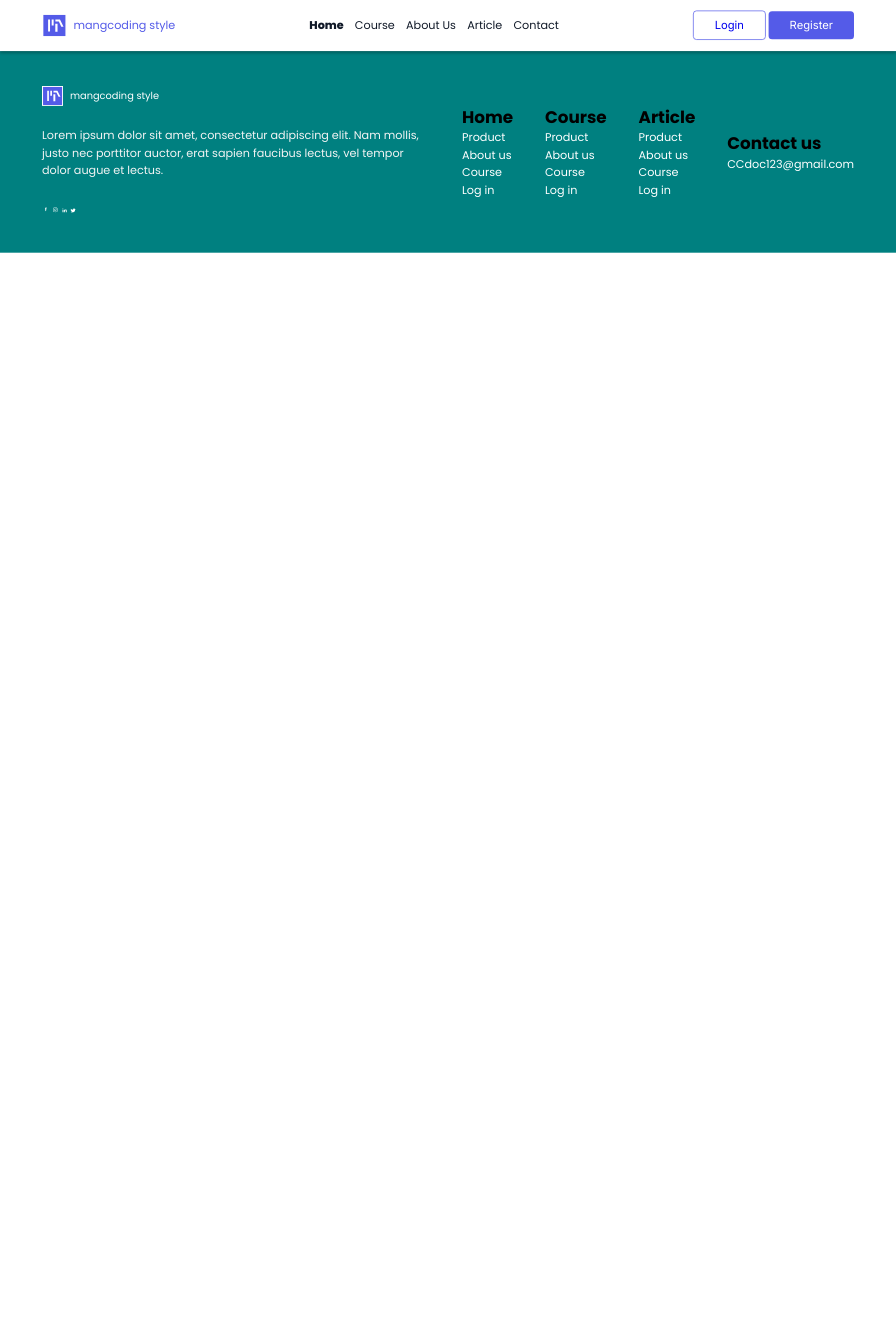
Repository: Dania-Alqam/landing-page
Page: index.html
These files come from the project's save history. The page is drawn as it stood at one moment and after a run of saves; the edit follows.
The browser window is 1280 px wide. The pictures show the part of the page from y = 0 to 1920 px (the page is 5000 px tall), at 70% of full size.

Above is the page before, as saved 2024-06-22 00:00:36.

### index.html
<!DOCTYPE html>
<html lang="en">
  <head>
    <meta charset="UTF-8" />
    <meta name="viewport" content="width=device-width, initial-scale=1.0" />
    <title>Document</title>
    <link rel="stylesheet" href="./assests/css/main.css" />
  </head>
  <body>
    <header class="header">
      <div class="container">
        <div class="row">
          <div class="logo">
            <img src="./assests/images/public/Logo.svg" alt="logo" />
            <a href="#">mangcoding style</a>
          </div>
          <nav class="nav">
            <ul>
              <li>
                <a href="#" class="active">Home</a>
              </li>
              <li>
                <a href="#">Course</a>
              </li>
              <li>
                <a href="#">About Us</a>
              </li>
              <li>
                <a href="#">Article</a>
              </li>
              <li>
                <a href="#">Contact</a>
              </li>
            </ul>
          </nav>
          <div class="auth">
            <a href="#">Login</a>
            <a href="#">Register</a>
          </div>
        </div>
      </div>
    </header>

    <footer class="footer">
      <div class="container">
        <div class="row">
          <div class="footer-start">
            <div class="logo">
              <img src="./assests/images/public/Logo.svg" alt="logo" />
              <a href="#">mangcoding style</a>
            </div>
            <p>
              Lorem ipsum dolor sit amet, consectetur adipiscing elit. Nam
              mollis, justo nec porttitor auctor, erat sapien faucibus lectus,
              vel tempor dolor augue et lectus.
            </p>
            <div class="icons">
              <a href="#"><img src="./assests/images/public/facebok.svg" /></a>
              <a href="#"
                ><img src="./assests/images/public/instagram.svg"
              /></a>
              <a href="#"><img src="./assests/images/public/linkedin.svg" /></a>
              <a href="#"><img src="./assests/images/public/twitter.svg" /></a>
            </div>
          </div>
          <div class="footer-end">
            <div class="row">
              <div class="footer-item">
                <h2>
                    Home
                </h2>
                <ul>
                    <li>
                        <a href="#">Product</a>
                    </li>
                    <li>
                        <a href="#">About us</a>
                    </li>
                    <li>
                        <a href="#">Course</a>
                    </li>
                    <li>
                        <a href="#">Log in</a>
                    </li>
                </ul>
              </div>
              <div class="footer-item">
                <h2>
                    Course
                </h2>
                <ul>
                    <li>
                        <a href="#">Product</a>
                    </li>
                    <li>
                        <a href="#">About us</a>
                    </li>
                    <li>
                        <a href="#">Course</a>
                    </li>
                    <li>
                        <a href="#">Log in</a>
                    </li>
                </ul>
              </div>
              <div class="footer-item">
                <h2>
                    Article
                </h2>
                <ul>
                    <li>
                        <a href="#">Product</a>
                    </li>
                    <li>
                        <a href="#">About us</a>
                    </li>
                    <li>
                        <a href="#">Course</a>
                    </li>
                    <li>
                        <a href="#">Log in</a>
                    </li>
                </ul>
              </div>
              <div class="footer-item">
                <h2>
                    Contact us
                </h2>
                <ul>
                    <li>
                        <a href="#">CCdoc123@gmail.com</a>
                    </li>

              </div>
            </div>
          </div>
        </div>
      </div>
    </footer>
  </body>
</html>

### assests/css/main.css
@import url(./public.css);

/* start header */
.header{
    /* it will not work becuase we added contianer so we add row*/
    /* display: flex; */
    position: sticky;
    top: 0;
    box-shadow: 0px 4px 4px rgba(0, 0, 0, 0.25);
    padding: 20px 0 ;
}

.nav ul{
    display: flex;
    flex-wrap: wrap;
    gap: 16px;
}
.header .logo{
    display: flex;
    flex-wrap: wrap;
    align-items: center;
    gap: 10px;
}
.header .logo img{
    width: 35px;
}

.header .logo a{
color: var(--mainColor);
}

.header .nav a{
    color: #101928;
}

.header .nav a:hover{
    color: var(--mainColor);
}
/* For the home bold*/
.active{
font-weight: 800;
}
/* common properities*/
.header .auth a{
    font-family: var(--subFont);
    padding: 10px 30px;
    border-radius: 5px;

}
.header .auth a:first-of-type{
    border: 1px solid var(--mainColor);
}
.header .auth a:last-of-type{
    background-color: var(--mainColor);
    color: white;
}
@media (max-width:900px) {
    .header .nav{
        display: none;
    }
}
/* end header */

/* start footer */
.footer{
    background-color: teal;
    padding: 50px 0;
}

.footer a{
    color: #fff;
}

.footer .footer-start,.footer .footer-end{
    width: calc((100% - 40px) / 2);
}

.footer .row{
    gap: 40px;
}

.footer .footer-start{
    display: flex;
    flex-direction: column;
    gap: 30px;
    flex-wrap: wrap
}

.footer .footer-start .logo{
    display: flex;
    flex-wrap: wrap;
    gap: 10px;
    align-items: center;
}
.footer .footer-start .logo img{
    width: 30px;
}
.footer .footer-start .logo a{
    font-size: 14px;
}
.footer .footer-start  p{
    color: #F4F4F4;
}
/* end footer */

### assests/css/public.css
@import url('https://fonts.googleapis.com/css2?family=Poppins:ital,wght@0,100;0,200;0,300;0,400;0,500;0,600;0,700;0,800;0,900;1,100;1,200;1,300;1,400;1,500;1,600;1,700;1,800;1,900&display=swap');
@import url('https://fonts.googleapis.com/css2?family=Inter:wght@100..900&display=swap');

*{
    margin: 0;
    padding: 0;
    box-sizing: border-box;
}
:root{
    --mainFont: "Poppins", sans-serif;
    --subFont:  "Inter", sans-serif;
    --mainColor: #545BE8;

}
body{
    font-family: var(--mainFont);
    height: 5000px;
}
a{
    text-decoration: none;
}
ul{
    list-style: none;
}
.row{
    display: flex;
    justify-content: space-between;
    align-items: center;
    flex-wrap: wrap;

}

.container{
    /* width from fugma is 60px from each side*/
    width: calc(100% - 120px);
    margin: auto;
}

After the next 2 saves:
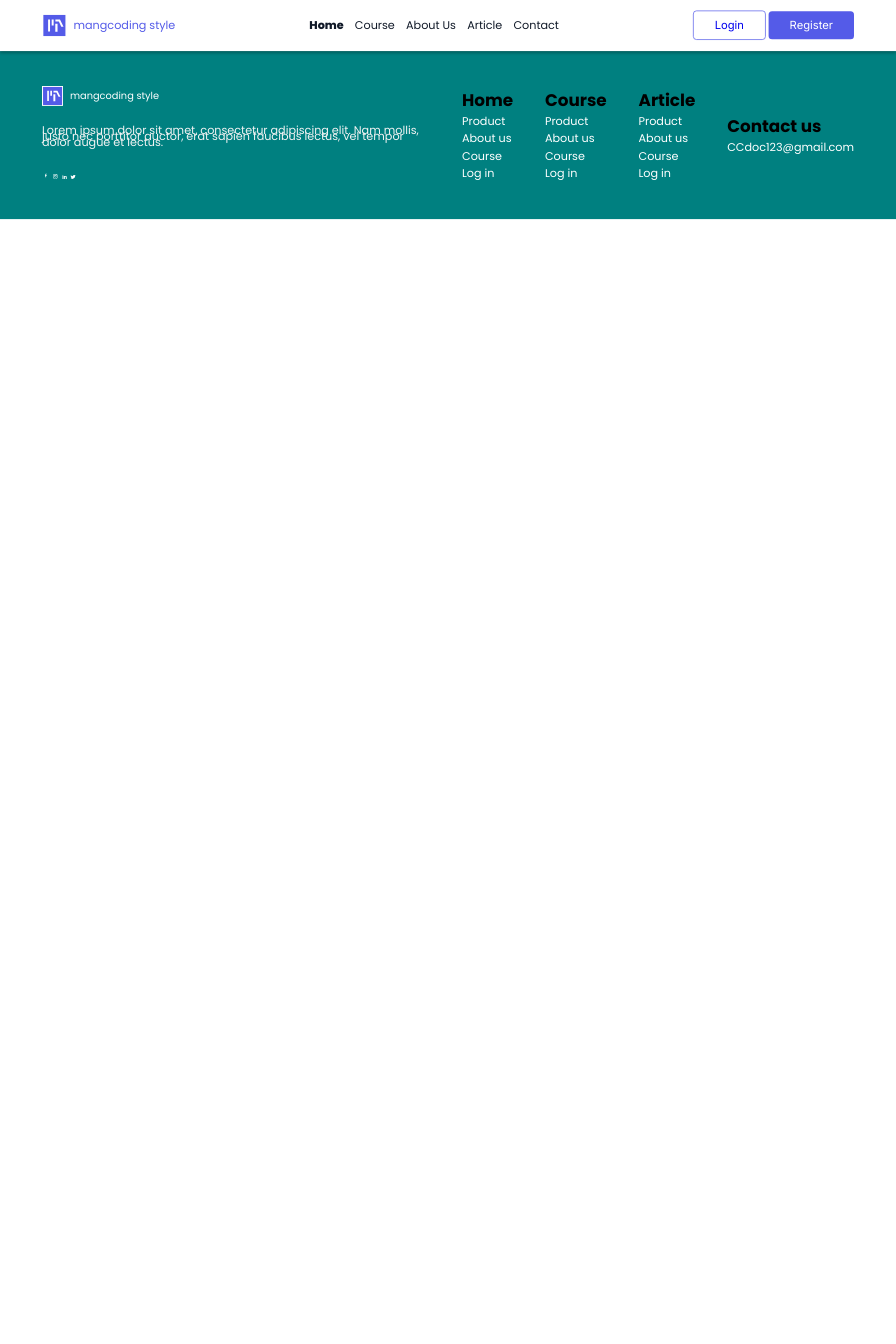
The 2 saves are shown as one change because they came seconds apart.
The last was saved 21 s later.
--- a/assests/css/main.css
+++ b/assests/css/main.css
@@ -100,5 +100,6 @@ font-weight: 800;
 }
 .footer .footer-start  p{
     color: #F4F4F4;
+    line-height: 9px;
 }
 /* end footer */
